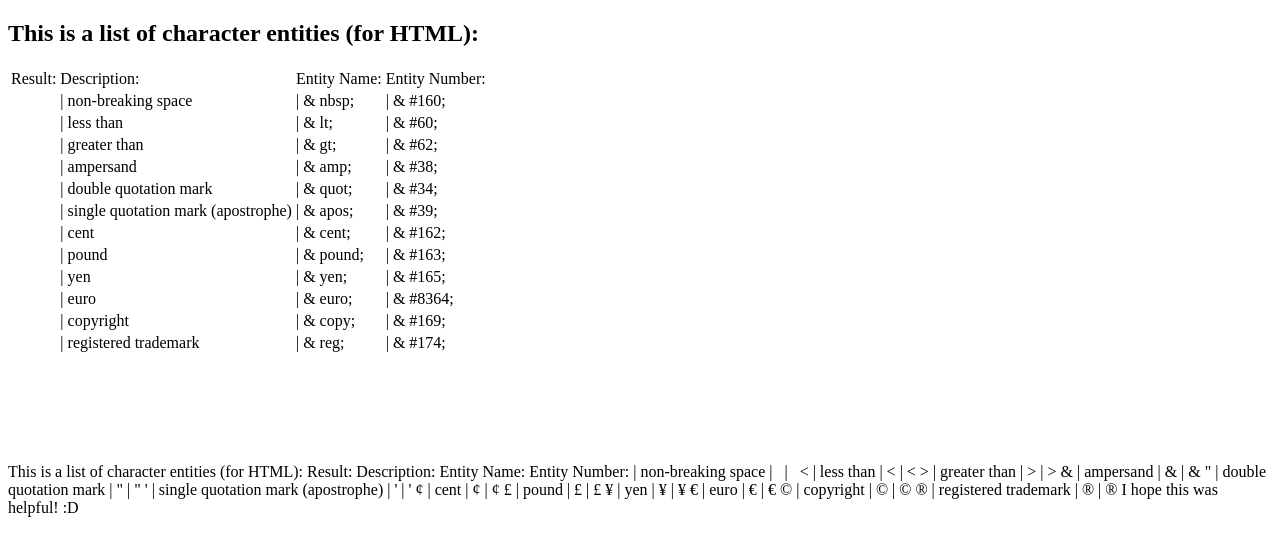
Repository: linas-dev/HTML-CSS-Projects
Page: Basic_HTML_and_CSS/Basic_HTML_5.html
These files come from the project's save history. The page is drawn as it stood at one moment and after the next save; the edit follows.
The browser window is 1280 px wide. The pictures show the whole page.

Above is the page before, as saved 2021-05-30 11:10:05.

### Basic_HTML_and_CSS/Basic_HTML_5.html
<!DOCTYPE html>
<html lang="en">
<head>
    <meta charset="UTF-8">
    <meta http-equiv="X-UA-Compatible" content="IE=edge">
    <meta name="viewport" content="width=device-width, initial-scale=1.0">
    <link rel="stylesheet" href="Basic_CSS_2.css">
    <title>Document</title>
</head>
<body>

    <h2>This is a list of character entities (for HTML):</h2>

    <table>
        <thead>
            <td>Result:</td>
            <td>Description: </td>
            <td>Entity Name:</td>
            <td>Entity Number:</td>
        </thead>
        <tbody>
            <tr>
                <td></td>
                <td>| non-breaking space</td>
                <td>| & nbsp;</td>
                <td>| & #160;</td>
            </tr>
            <tr>
                <td></td>
                <td>| less than</td>
                <td>| & lt;</td>
                <td>| & #60;</td>
            </tr>
            <tr>
                <td></td>
                <td>| greater than</td>
                <td>| & gt;</td>
                <td>| & #62;</td>
            </tr>
            <tr>
                <td></td>
                <td>| ampersand</td>
                <td>| & amp;</td>
                <td>| & #38;</td>
            </tr>
            <tr>
                <td></td>
                <td>| double quotation mark</td>
                <td>| & quot;</td>
                <td>| & #34;</td>
            </tr>
            <tr>
                <td></td>
                <td>| single quotation mark (apostrophe)</td>
                <td>| & apos;</td>
                <td>| & #39;</td>
            </tr>
            <tr>
                <td></td>
                <td>| cent</td>
                <td>| & cent;</td>
                <td>| & #162;</td>
            </tr>
            <tr>
                <td></td>
                <td>| pound</td>
                <td>| & pound;</td>
                <td>| & #163;</td>
            </tr>
            <tr>
                <td></td>
                <td>| yen</td>
                <td>| & yen;</td>
                <td>| & #165;</td>
            </tr>
            <tr>
                <td></td>
                <td>| euro</td>
                <td>| & euro;</td>
                <td>| & #8364;</td>
            </tr>
            <tr>
                <td></td>
                <td>| copyright</td>
                <td>| & copy;</td>
                <td>| & #169;</td>
            </tr>
            <tr>
                <td></td>
                <td>| registered trademark</td>
                <td>| & reg;</td>
                <td>| & #174;</td>
            </tr>
        </tbody>
    </table>




<br>

<br>
<br>
<br>
<br>
<br>

    This is a list of character entities (for HTML):

Result:    Description:                         Entity Name:    Entity Number:
         | non-breaking space                 | &nbsp;        | &#160;
  <      | less than                          | &lt;          | &#60;
  >      | greater than                       | &gt;          | &#62;
  &      | ampersand                          | &amp;         | &#38;
  "      | double quotation mark              | &quot;        | &#34;
  '      | single quotation mark (apostrophe) | &apos;        | &#39;
  ¢      | cent                               | &cent;        | &#162;
  £      | pound                              | &pound;       | &#163;
  ¥      | yen                                | &yen;         | &#165;
  €      | euro                               | &euro;        | &#8364;
  ©      | copyright                          | &copy;        | &#169;
  ®      | registered trademark               | &reg;         | &#174;

I hope this was helpful! :D
</body>
</html>

### Basic_HTML_and_CSS/Basic_CSS_2.css
p {
    color: #2E5757;
    background: #F0DFEE;
    font-weight: bolder;
    text-align: right;
}

.table {
    border-collapse: collapse;
    margin: 25px 0;
    font-size: 0.9em;
    min-width: 400px;
}

.table thead tr {
    background-color: #009879;
    color: #fff;
    text-align: left;
    font-weight: bold;
}

.table th, .table td {
    padding: 7px 5px;
}

.table tbody tr {
    border-bottom: 1px solid #dddddd;
}

.hoveref:hover {
    background-color: #4F0444;
    color: white;
}

After the next save:
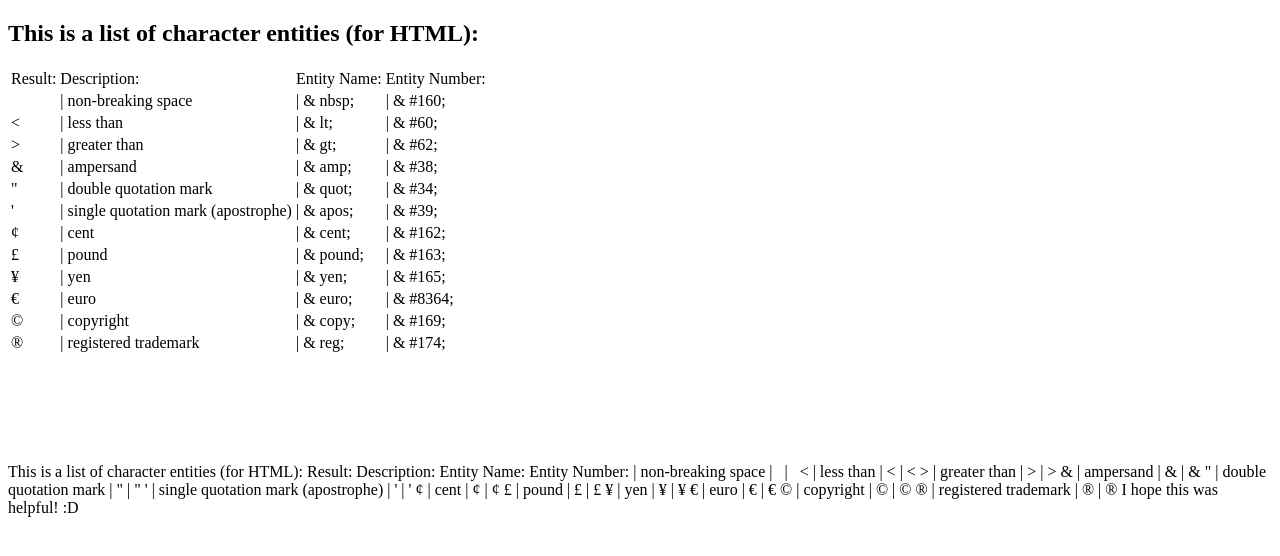
Saved 76 s later.
--- a/Basic_HTML_and_CSS/Basic_HTML_5.html
+++ b/Basic_HTML_and_CSS/Basic_HTML_5.html
@@ -26,67 +26,67 @@
                 <td>| & #160;</td>
             </tr>
             <tr>
-                <td></td>
+                <td><</td>
                 <td>| less than</td>
                 <td>| & lt;</td>
                 <td>| & #60;</td>
             </tr>
             <tr>
-                <td></td>
+                <td>></td>
                 <td>| greater than</td>
                 <td>| & gt;</td>
                 <td>| & #62;</td>
             </tr>
             <tr>
-                <td></td>
+                <td>&</td>
                 <td>| ampersand</td>
                 <td>| & amp;</td>
                 <td>| & #38;</td>
             </tr>
             <tr>
-                <td></td>
+                <td>"</td>
                 <td>| double quotation mark</td>
                 <td>| & quot;</td>
                 <td>| & #34;</td>
             </tr>
             <tr>
-                <td></td>
+                <td>'</td>
                 <td>| single quotation mark (apostrophe)</td>
                 <td>| & apos;</td>
                 <td>| & #39;</td>
             </tr>
             <tr>
-                <td></td>
+                <td>¢</td>
                 <td>| cent</td>
                 <td>| & cent;</td>
                 <td>| & #162;</td>
             </tr>
             <tr>
-                <td></td>
+                <td>£</td>
                 <td>| pound</td>
                 <td>| & pound;</td>
                 <td>| & #163;</td>
             </tr>
             <tr>
-                <td></td>
+                <td>¥</td>
                 <td>| yen</td>
                 <td>| & yen;</td>
                 <td>| & #165;</td>
             </tr>
             <tr>
-                <td></td>
+                <td>€</td>
                 <td>| euro</td>
                 <td>| & euro;</td>
                 <td>| & #8364;</td>
             </tr>
             <tr>
-                <td></td>
+                <td>©</td>
                 <td>| copyright</td>
                 <td>| & copy;</td>
                 <td>| & #169;</td>
             </tr>
             <tr>
-                <td></td>
+                <td>®</td>
                 <td>| registered trademark</td>
                 <td>| & reg;</td>
                 <td>| & #174;</td>
